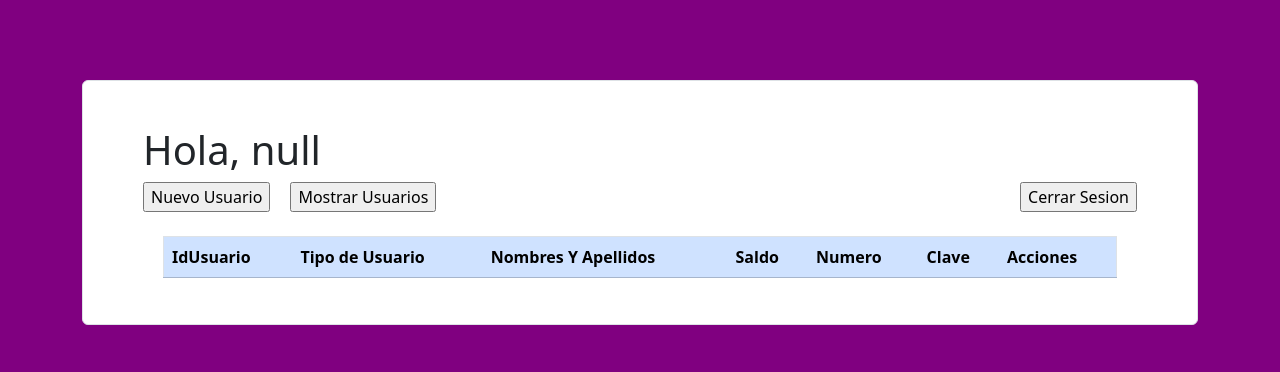
Repository: Gimblet/LP1_Proyecto_Yape
Page: http://localhost/Yape/headAdminDashboard.jsp
The author's editor kept a copy of each file at every save. The page is drawn from the files as they stood at one save, then again after the next save.
The browser window is 1280 px wide. The pictures show the whole page.
The page is served by Tomcat 9. Queries for data that is not in the repository find no rows.

Above is the page before, as saved 2024-05-04 15:34:10.

After the next save:
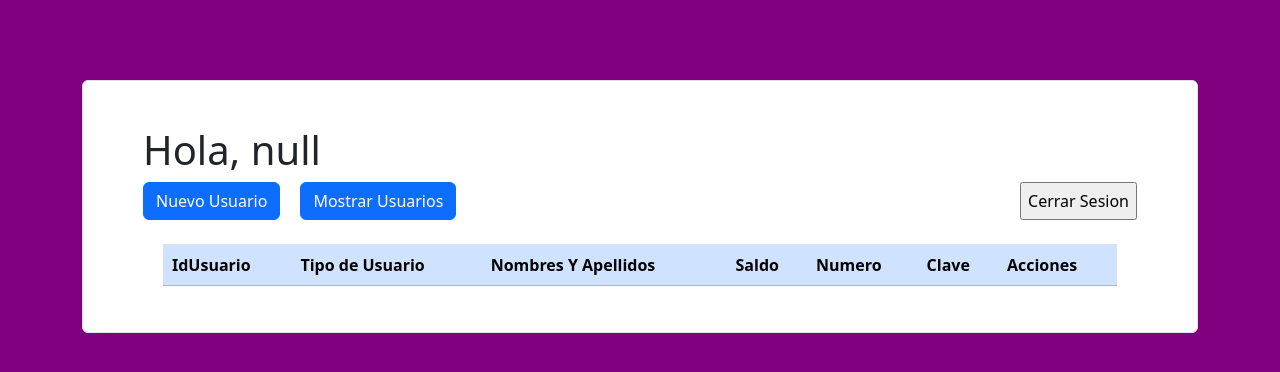
Saved 26 s later.
--- a/Yape/src/main/webapp/headAdminDashboard.jsp
+++ b/Yape/src/main/webapp/headAdminDashboard.jsp
@@ -62,8 +62,8 @@ input:hover {
 				<div>
 					<h1>Hola, <%= metodo.obtenerNombre() %></h1>
 					<form action="Servlet" method="post">
-						<input type="submit" value="Nuevo Usuario" name="type">
-						<input type="submit" value="Mostrar Usuarios" name="type">
+						<input class="btn btn-primary" type="submit" value="Nuevo Usuario" name="type">
+						<input class="btn btn-primary" type="submit" value="Mostrar Usuarios" name="type">
 						<input id="buscar" type="submit" value="Cerrar Sesion" name="type">
 					</form>
 					<br>
